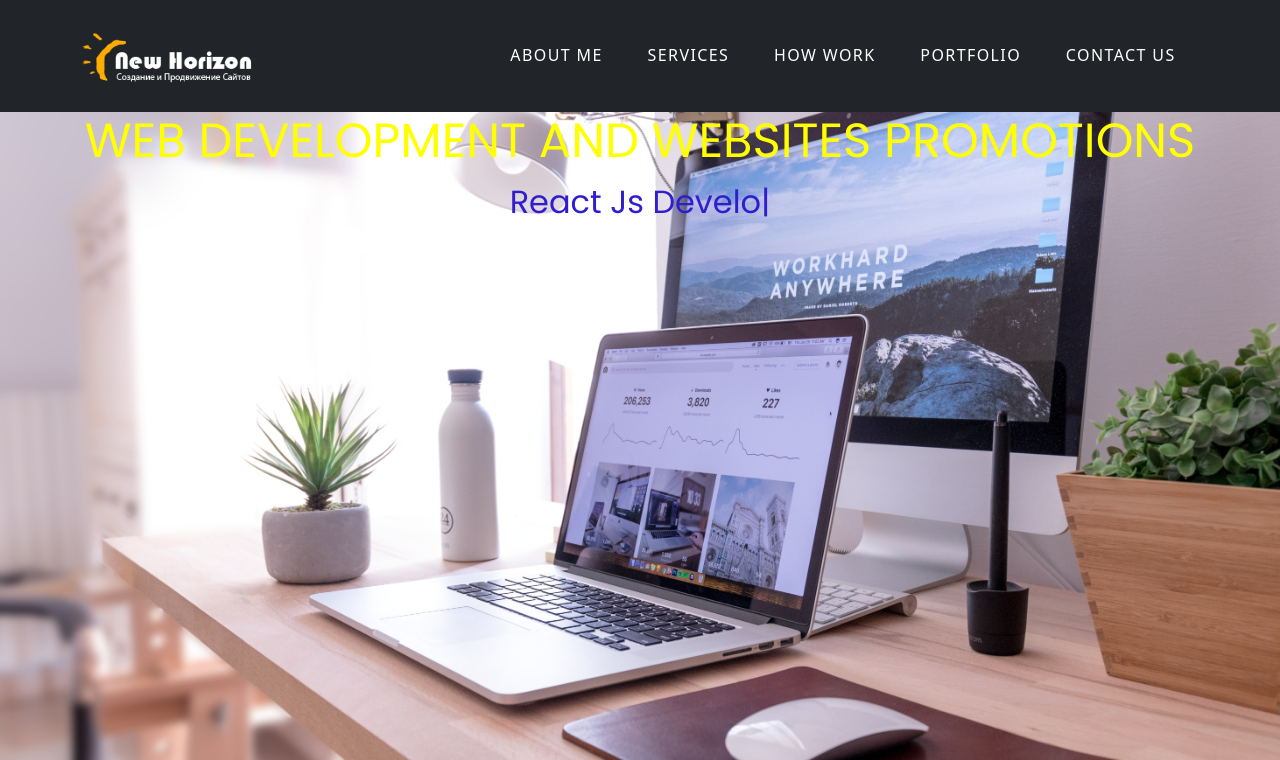
Repository: ahmedibrahimhassan654/React-Bootstrap-5
Page: /
The author's editor kept a copy of each file at every save. The page is drawn from the files as they stood at one save, then again after the next save.
The browser window is 1280 px wide. The pictures show the whole page.
The project was rebuilt for these pictures with package versions that can differ from the ones it lists, and the page was loaded fresh each time.

Above is the page before, as saved 2021-11-25 07:29:18.

After the next save:
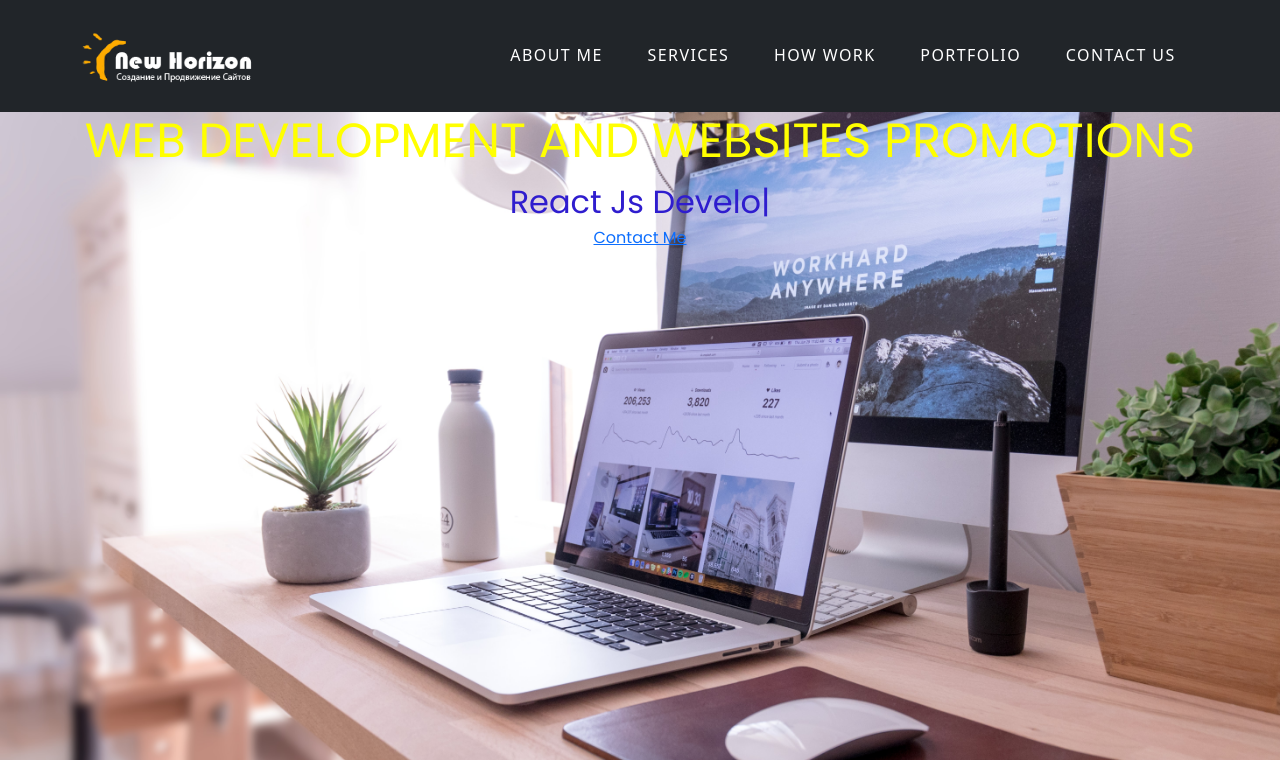
Saved 8 s later.
--- a/src/components/Header.jsx
+++ b/src/components/Header.jsx
@@ -17,7 +17,7 @@ const Header = () => {
           loop
         />
         <a href="#" className="btn-main-offer">
-          {" "}
+          Contact Me
         </a>
       </div>
     </div>
